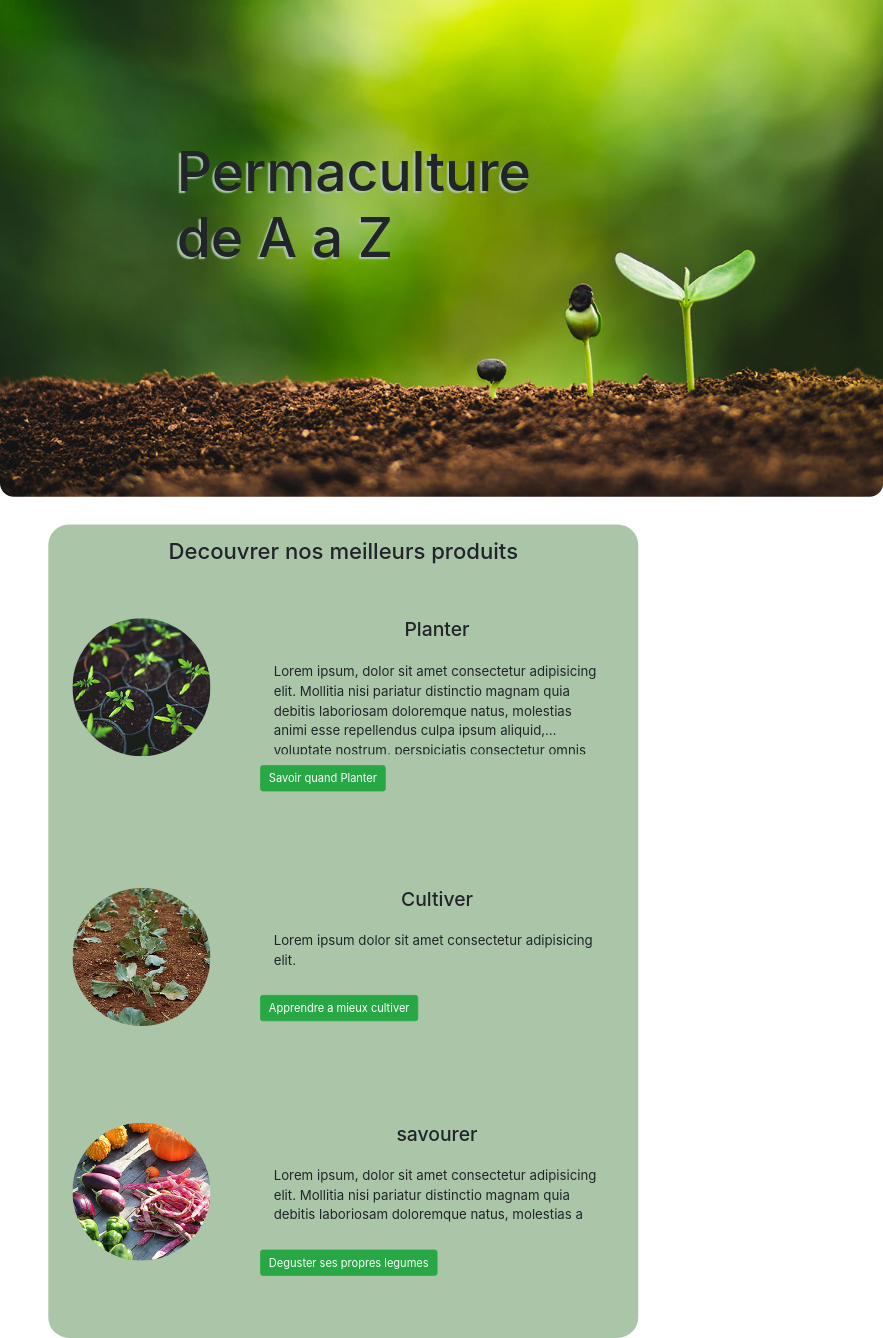
Repository: ahthionkevin/permaculture
Page: index.html
An editor plug-in stored every save of this project. The page is shown before and after the next save, followed by the edit.
The browser window is 1280 px wide. The pictures show the whole page, at 69% of full size.

Above is the page before, as saved 2021-07-06 21:57:37.

After the next save:
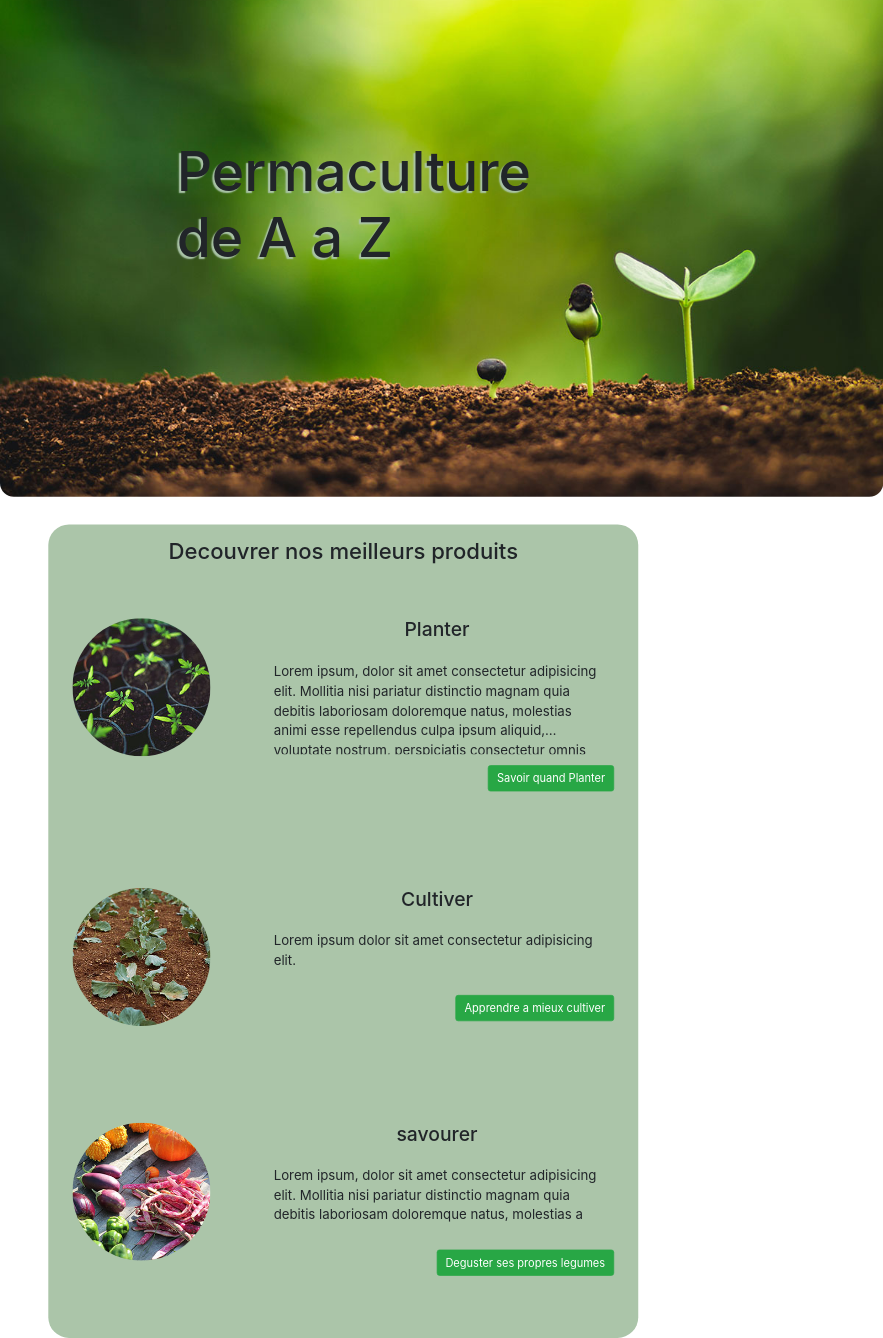
Saved 28 s later.
--- a/style.css
+++ b/style.css
@@ -58,6 +58,6 @@ h1{
     padding: 20px;
 }
 .element button{
-    text-align: right;
+    float: right;
     max-width: 15px 4% 0 0;
 }
